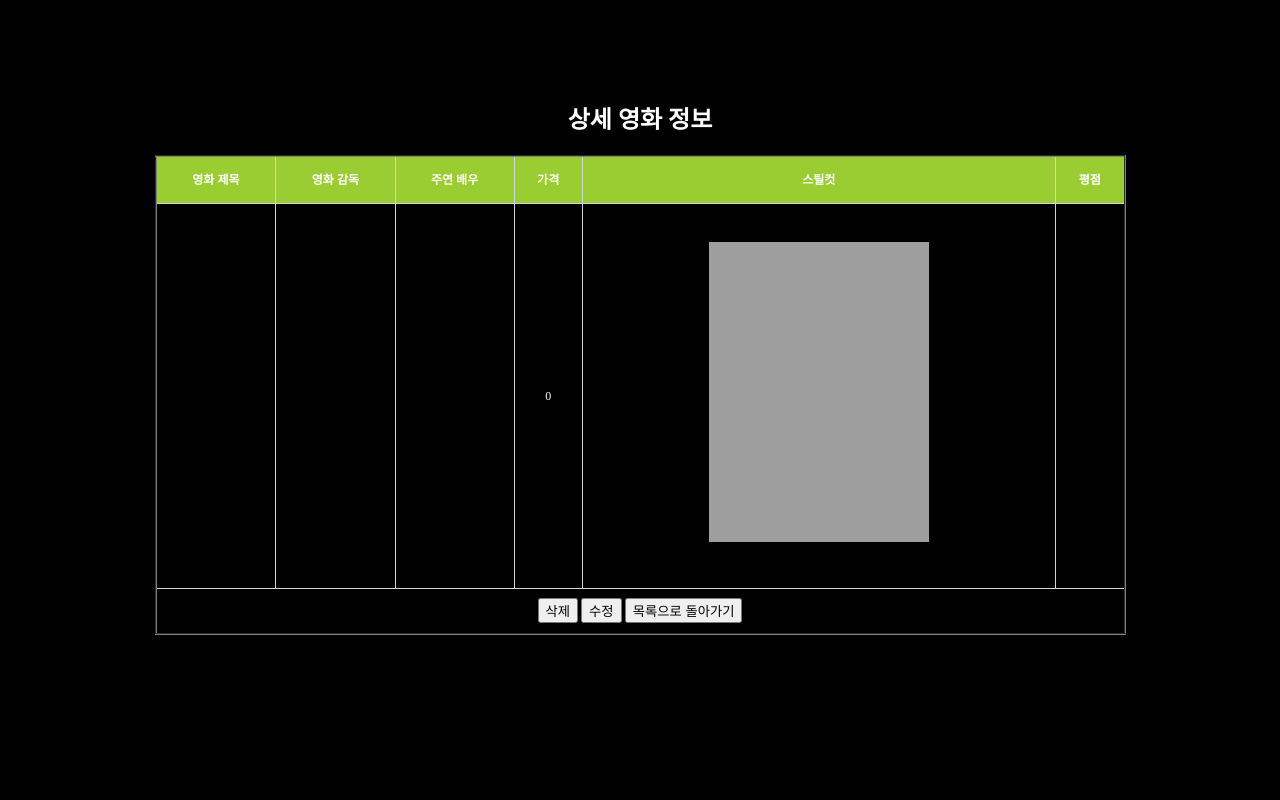
Repository: shinymusket/ideal-memory2
Page: http://localhost/homework10/MIS
These files come from the project's save history. The page is drawn as it stood at one moment and after the next save; the edit follows.
The browser window is 1280 px wide. The pictures show the whole page.
Pictures or frames that could not be fetched are drawn as grey boxes. The page is served by Tomcat 9. Queries for data that is not in the repository find no rows.

Above is the page before, as saved 2022-06-17 08:51:27.

After the next save:
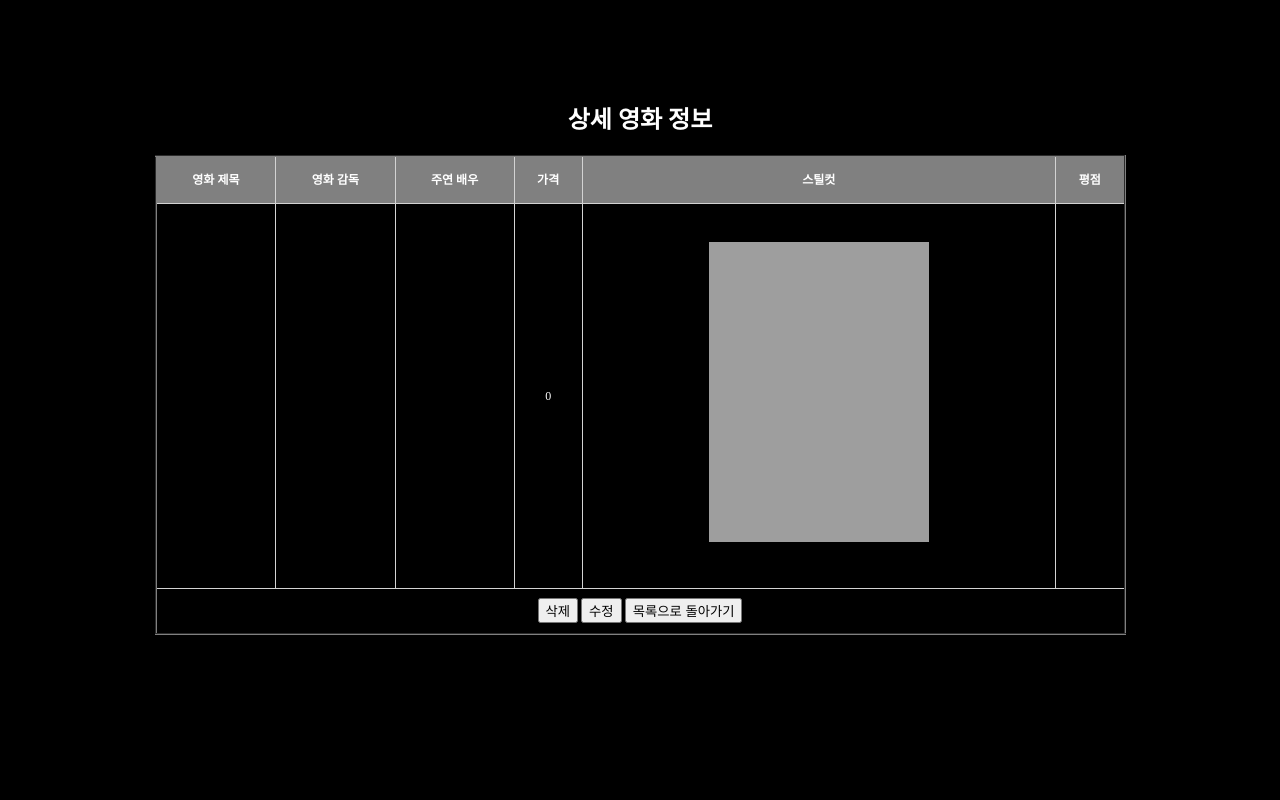
Saved 4 s later.
--- a/homework10/WebContent/style/movie_info.css
+++ b/homework10/WebContent/style/movie_info.css
@@ -34,7 +34,7 @@ td, th {
 }
 th {
 	height : 36px;
-	background-color: yellowgreen;
+	background-color: gray;
 }
 img {
 	width: 220px;
